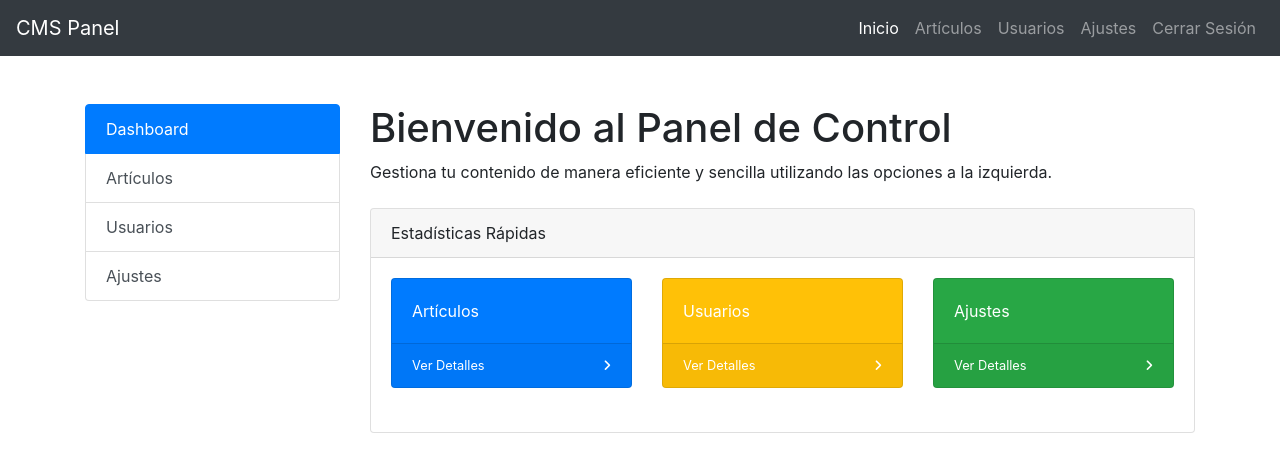
Repository: demoniers/demonIers.github.io
Page: cms/index.html
These files come from the project's save history. The page is drawn as it stood at one moment and after the next save; the edit follows.
The browser window is 1280 px wide. The pictures show the whole page.
Some web libraries are served in a nearby version.

Above is the page before, as saved 2024-10-21 12:08:42.

### cms/index.html
<!DOCTYPE html>
<html lang="es">
<head>
    <meta charset="UTF-8">
    <meta name="viewport" content="width=device-width, initial-scale=1.0">
    <title>Panel de Control del CMS</title>
    <link href="https://stackpath.bootstrapcdn.com/bootstrap/4.5.2/css/bootstrap.min.css" rel="stylesheet">
</head>
<body>
    <nav class="navbar navbar-expand-lg navbar-dark bg-dark">
        <a class="navbar-brand" href="#">CMS Panel</a>
        <button class="navbar-toggler" type="button" data-toggle="collapse" data-target="#navbarNav" aria-controls="navbarNav" aria-expanded="false" aria-label="Toggle navigation">
            <span class="navbar-toggler-icon"></span>
        </button>
        <div class="collapse navbar-collapse" id="navbarNav">
            <ul class="navbar-nav ml-auto">
                <li class="nav-item active">
                    <a class="nav-link" href="#">Inicio</a>
                </li>
                <li class="nav-item">
                    <a class="nav-link" href="#">Artículos</a>
                </li>
                <li class="nav-item">
                    <a class="nav-link" href="#">Usuarios</a>
                </li>
                <li class="nav-item">
                    <a class="nav-link" href="#">Ajustes</a>
                </li>
                <li class="nav-item">
                    <a class="nav-link" href="#">Cerrar Sesión</a>
                </li>
            </ul>
        </div>
    </nav>

    <div class="container mt-5">
        <div class="row">
            <div class="col-md-3">
                <div class="list-group">
                    <a href="#" class="list-group-item list-group-item-action active">Dashboard</a>
                    <a href="#" class="list-group-item list-group-item-action">Artículos</a>
                    <a href="#" class="list-group-item list-group-item-action">Usuarios</a>
                    <a href="#" class="list-group-item list-group-item-action">Ajustes</a>
                </div>
            </div>
            <div class="col-md-9">
                <h1>Bienvenido al Panel de Control</h1>
                <p>Gestiona tu contenido de manera eficiente y sencilla utilizando las opciones a la izquierda.</p>
                <div class="card mt-4">
                    <div class="card-header">
                        Estadísticas Rápidas
                    </div>
                    <div class="card-body">
                        <div class="row">
                            <div class="col-md-4">
                                <div class="card bg-primary text-white mb-4">
                                    <div class="card-body">Artículos</div>
                                    <div class="card-footer d-flex align-items-center justify-content-between">
                                        <a class="text-white small stretched-link" href="#">Ver Detalles</a>
                                        <div class="small text-white"><i class="fas fa-angle-right"></i></div>
                                    </div>
                                </div>
                            </div>
                            <div class="col-md-4">
                                <div class="card bg-warning text-white mb-4">
                                    <div class="card-body">Usuarios</div>
                                    <div class="card-footer d-flex align-items-center justify-content-between">
                                        <a class="text-white small stretched-link" href="#">Ver Detalles</a>
                                        <div class="small text-white"><i class="fas fa-angle-right"></i></div>
                                    </div>
                                </div>
                            </div>
                            <div class="col-md-4">
                                <div class="card bg-success text-white mb-4">
                                    <div class="card-body">Ajustes</div>
                                    <div class="card-footer d-flex align-items-center justify-content-between">
                                        <a class="text-white small stretched-link" href="#">Ver Detalles</a>
                                        <div class="small text-white"><i class="fas fa-angle-right"></i></div>
                                    </div>
                                </div>
                            </div>
                        </div>
                    </div>
                </div>
                <!-- Aquí puedes añadir más secciones y tarjetas según sea necesario -->
            </div>
        </div>
    </div>

    <script src="https://code.jquery.com/jquery-3.5.1.slim.min.js"></script>
    <script src="https://cdn.jsdelivr.net/npm/@popperjs/core@2.5.2/dist/umd/popper.min.js"></script>
    <script src="https://stackpath.bootstrapcdn.com/bootstrap/4.5.2/js/bootstrap.min.js"></script>
    <script src="https://kit.fontawesome.com/a076d05399.js"></script>
</body>
</html>

After the next save:
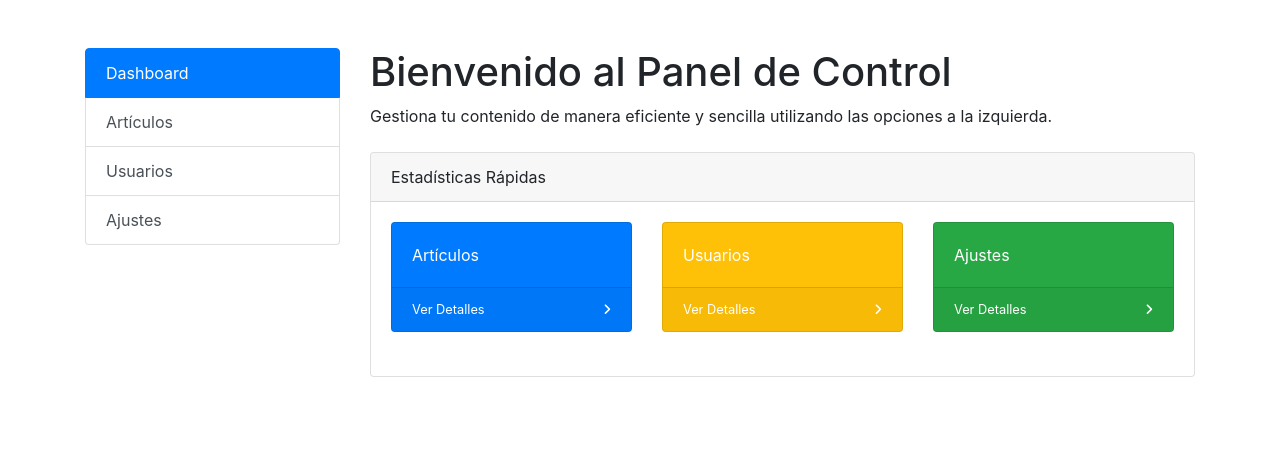
Saved 64 s later.
--- a/cms/index.html
+++ b/cms/index.html
@@ -7,31 +7,6 @@
     <link href="https://stackpath.bootstrapcdn.com/bootstrap/4.5.2/css/bootstrap.min.css" rel="stylesheet">
 </head>
 <body>
-    <nav class="navbar navbar-expand-lg navbar-dark bg-dark">
-        <a class="navbar-brand" href="#">CMS Panel</a>
-        <button class="navbar-toggler" type="button" data-toggle="collapse" data-target="#navbarNav" aria-controls="navbarNav" aria-expanded="false" aria-label="Toggle navigation">
-            <span class="navbar-toggler-icon"></span>
-        </button>
-        <div class="collapse navbar-collapse" id="navbarNav">
-            <ul class="navbar-nav ml-auto">
-                <li class="nav-item active">
-                    <a class="nav-link" href="#">Inicio</a>
-                </li>
-                <li class="nav-item">
-                    <a class="nav-link" href="#">Artículos</a>
-                </li>
-                <li class="nav-item">
-                    <a class="nav-link" href="#">Usuarios</a>
-                </li>
-                <li class="nav-item">
-                    <a class="nav-link" href="#">Ajustes</a>
-                </li>
-                <li class="nav-item">
-                    <a class="nav-link" href="#">Cerrar Sesión</a>
-                </li>
-            </ul>
-        </div>
-    </nav>
 
     <div class="container mt-5">
         <div class="row">
